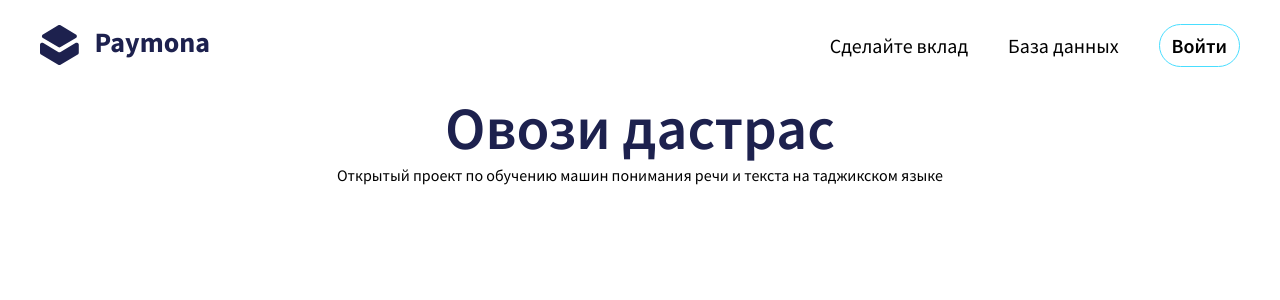
Repository: Amin444/Paymona-Sadp
Page: index.html
These files come from the project's save history. The page is drawn as it stood at one moment and after a run of saves; the edit follows.
The browser window is 1280 px wide. The pictures show the whole page.

Above is the page before, as saved 2021-11-11 14:23:16.

After the next 3 saves:
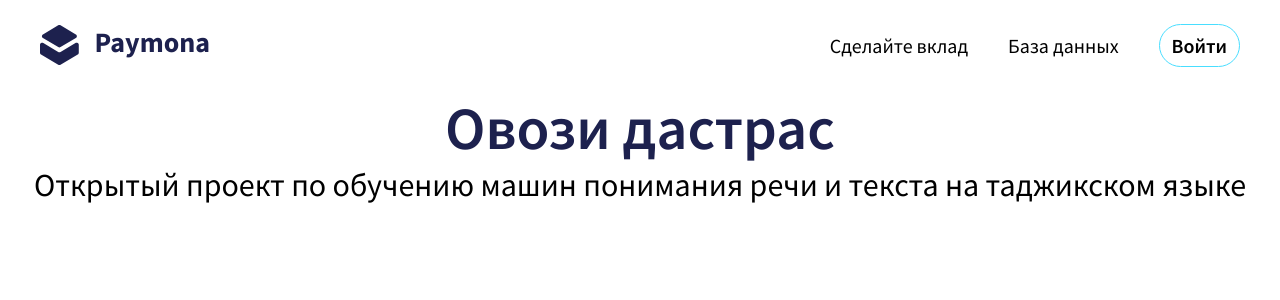
The 3 saves are shown as one change because they came seconds apart.
The last was saved 10 s later.
--- a/style.css
+++ b/style.css
@@ -67,5 +67,6 @@ h1{
   line-height:75px;
 }
 .desc{
-  font-weight: ;
+  font-weight: 400;
+  font-size: 32px;
 }
